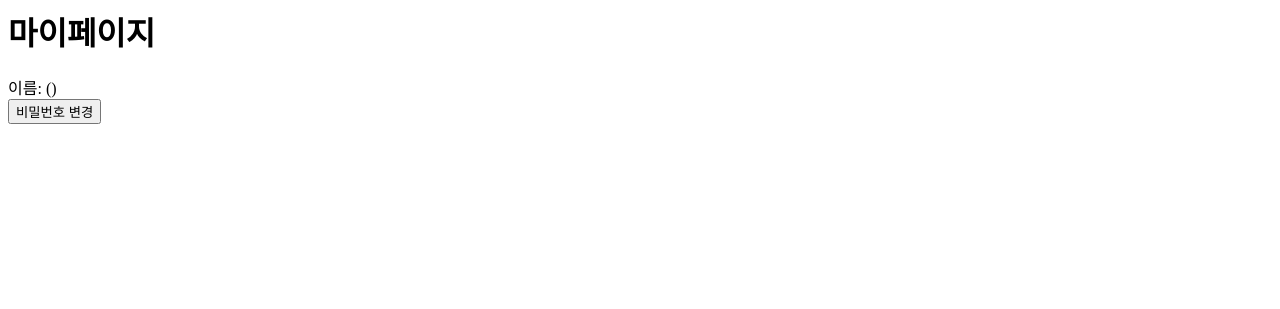
Repository: beirimo/jsp
Page: http://localhost/ex02_jsp_master_/user/mypage.jsp
The author's editor kept a copy of each file at every save. The page is drawn from the files as they stood at one save, then again after the next save.
The browser window is 1280 px wide. The pictures show the whole page.
The page is served by Tomcat 9. Other server files are loaded and not shown.

Above is the page before, as saved 2024-04-30 06:31:21.

### ex02[jsp master]/src/main/webapp/user/mypage.jsp
<%@ page language="java" contentType="text/html; charset=UTF-8"
    pageEncoding="UTF-8"%>
<div class="row justify-content-center">
	<div class="col-10 col-md-8 col-lg-6">
		<h1>마이페이지</h1>
		<div class="card">
			<div class="card-body"></div>
			<div>이름: ${user.uname}(${user.uid})</div>
			<button class="btn btn-info btn-sm ms-3">비밀번호 변경</button>
		</div>

	</div>
</div>

After the next save:
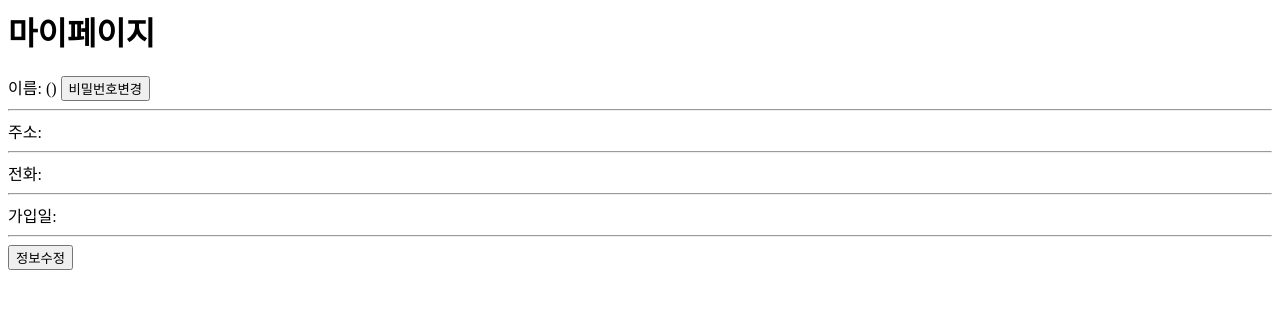
Saved 3 min 35 s later.
--- a/ex02[jsp master]/src/main/webapp/user/mypage.jsp
+++ b/ex02[jsp master]/src/main/webapp/user/mypage.jsp
@@ -4,10 +4,28 @@
 	<div class="col-10 col-md-8 col-lg-6">
 		<h1>마이페이지</h1>
 		<div class="card">
-			<div class="card-body"></div>
-			<div>이름: ${user.uname}(${user.uid})</div>
-			<button class="btn btn-info btn-sm ms-3">비밀번호 변경</button>
+			<div class="card-body">
+				<div class="mb-3">
+					이름: ${user.uname}(${user.uid})
+					<button class="btn btn-danger btn-sm ms-5">비밀번호변경</button>
+					<hr>
+				</div>
+				<div class="mb-3">
+					주소: ${user.address1} ${user.address2}
+					<hr>
+				</div>
+				<div class="mb-3">
+					전화: ${user.phone}
+					<hr>
+				</div>
+				<div>
+					가입일: ${user.jdate}
+					<hr>
+				</div>
+				<div class="text-center mt-3">
+					<button class="btn btn-success px-5">정보수정</button>
+				</div>
+			</div>
 		</div>
-
 	</div>
 </div>
